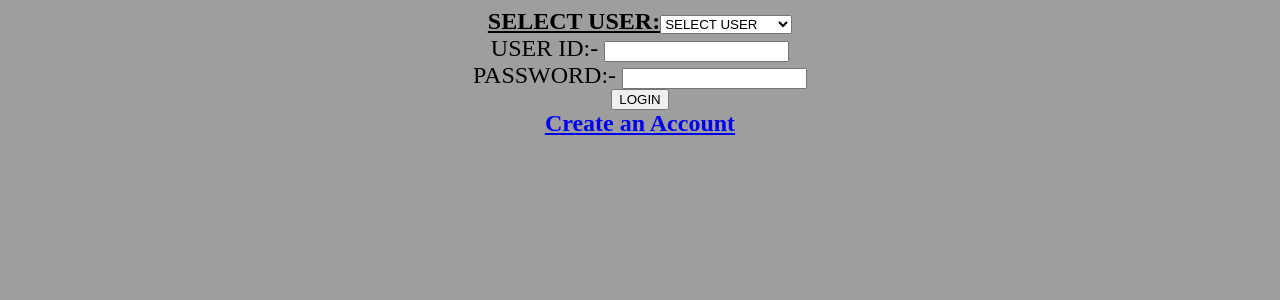
Repository: subhamsourabh265/LibManagementSystemJ2EE-
Page: library/WebContent/mylogin.html
An editor plug-in stored every save of this project. The page is shown before and after the next save, followed by the edit.
The browser window is 1280 px wide. The pictures show the whole page.

Above is the page before, as saved 2015-07-06 20:03:40.

### library/WebContent/mylogin.html

<!DOCTYPE html PUBLIC "-//W3C//DTD HTML 4.01 Transitional//EN" "http://www.w3.org/TR/html4/loose.dtd">
<html>
<head>
<meta http-equiv="Content-Type" content="text/html; charset=ISO-8859-1">
<script type="text/javascript">
</script>
<title>User Profile</title>
</head>
<body backgroUND = "F:\IMAGES\wallpaper\hp_invent_wallpaper_hp_computers_wallpaper_1600_1200_2746.jpg" >
<form action="login" method="post">
<center>
<font size = 5 color = black>
<b><u>SELECT USER:</u></b><select name="user">
<option selected>SELECT USER</option>
<option value="admin">ADMINISTRATOR</option>
<option value="member">MEMBER</option></select><br>
USER ID:- <input type="text" name="n1"><br>
PASSWORD:- <input type="password" name="n2"><br>
    <input type="submit" value="LOGIN"><br>

    <a href="registration.html"><b><u>Create an Account</u></b></a>

</font>
</center>
</form>
</body>
</html>

After the next save:
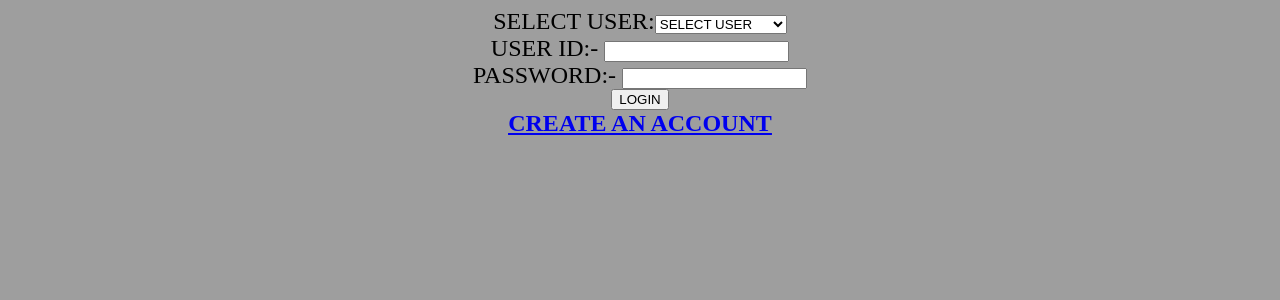
Saved 2 min 11 s later.
--- a/library/WebContent/mylogin.html
+++ b/library/WebContent/mylogin.html
@@ -11,15 +11,15 @@
 <form action="login" method="post">
 <center>
 <font size = 5 color = black>
-<b><u>SELECT USER:</u></b><select name="user">
+SELECT USER:<select name="user">
 <option selected>SELECT USER</option>
 <option value="admin">ADMINISTRATOR</option>
 <option value="member">MEMBER</option></select><br>
-USER ID:- <input type="text" name="n1"><br>
+USER  ID:- <input type="text" name="n1"><br>
 PASSWORD:- <input type="password" name="n2"><br>
     <input type="submit" value="LOGIN"><br>
 
-    <a href="registration.html"><b><u>Create an Account</u></b></a>
+    <a href="registration.html"><b><u>CREATE  AN ACCOUNT</u></b></a>
 
 </font>
 </center>
